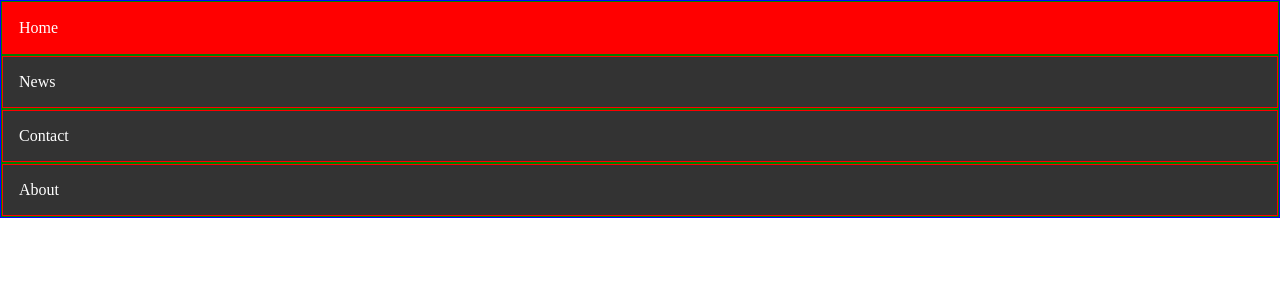
Repository: msgggg1/webPro
Page: webPro/src/main/webapp/html/days04/ex02_review.html
An editor plug-in stored every save of this project. The page is shown before and after the next save, followed by the edit.
The browser window is 1280 px wide. The pictures show the whole page.

Above is the page before, as saved 2025-04-24 14:04:23.

After the next save:
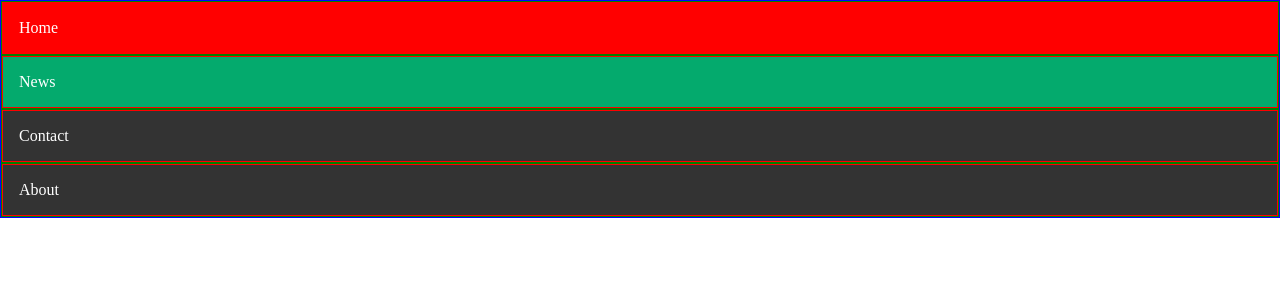
Saved 8 min 23 s later.
--- a/webPro/src/main/webapp/html/days04/ex02_review.html
+++ b/webPro/src/main/webapp/html/days04/ex02_review.html
@@ -36,6 +36,11 @@
 		background-color: red;
 	}
 
+	ul#main li a.active{
+		background-color: #04AA6D;
+		color: white;
+	}
+
 	ul#main li a:hover:not(.active){
 		color: orange;
 		background-color: #111;
